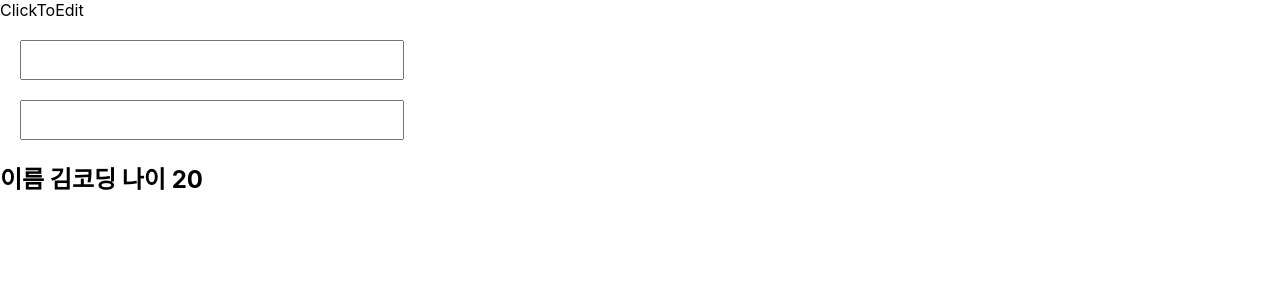
Repository: janghwahyun/wanted_pre_onboarding
Page: /ClickToEdit
These files come from the project's save history. The page is drawn as it stood at one moment and after the next save; the edit follows.
The browser window is 1280 px wide. The pictures show the whole page.
The project was rebuilt for these pictures with package versions that can differ from the ones it lists, and the page was loaded fresh each time. Also part of the build but not shown: src/component/AutoComplete.js, src/component/Modal.js, src/component/Tab.js, src/component/Toggle.js.

Above is the page before, as saved 2022-02-11 12:30:21.

After the next save:
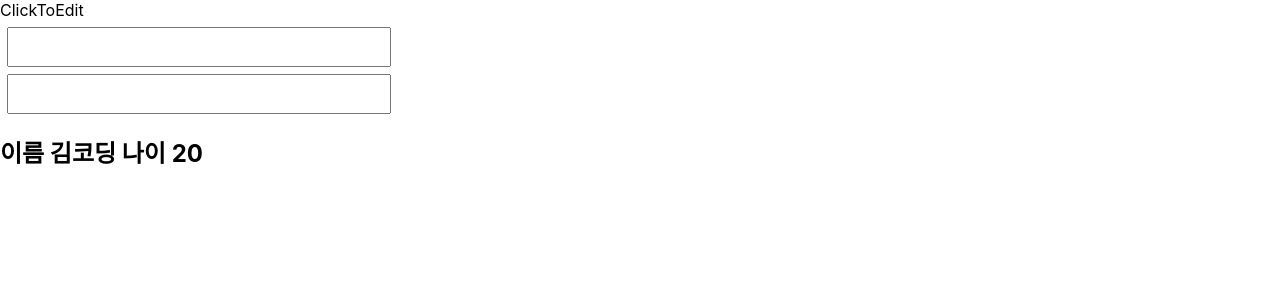
Saved 4 s later.
--- a/src/component/ClickToEdit.js
+++ b/src/component/ClickToEdit.js
@@ -28,7 +28,7 @@ const Input = styled.input`
   width: 30%;
   height: 40px;
   display: flex;
-  margin: 20px;
+  margin: 7px;
   flex-direction: column;
   justify-content: center;
   align-items: center;
